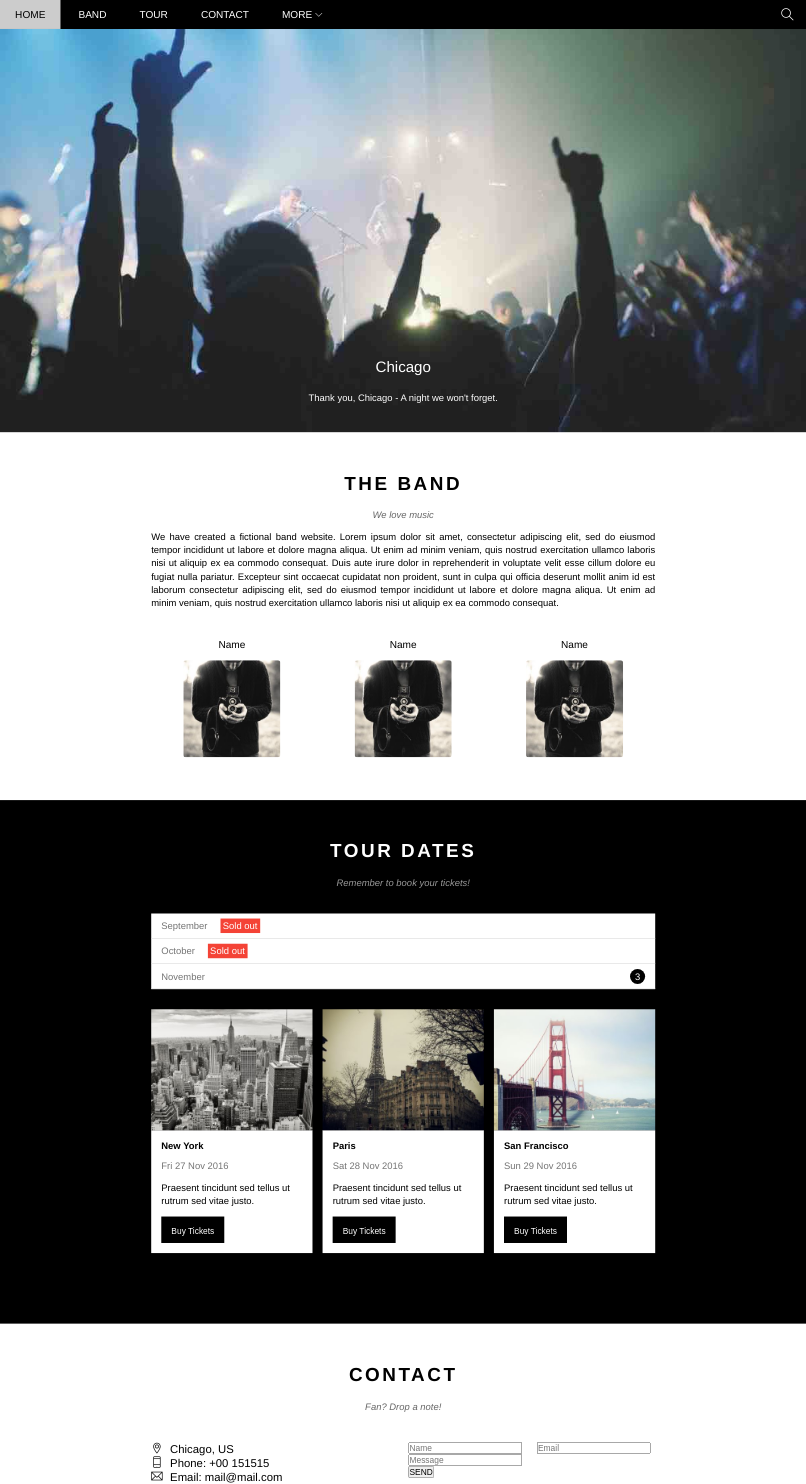
Repository: phongngotrong/w3school_reup
Page: index.html
These files come from the project's save history. The page is drawn as it stood at one moment and after the next save; the edit follows.
The browser window is 1280 px wide. The pictures show the whole page, at 63% of full size.

Above is the page before, as saved 2021-12-22 22:55:38.

### index.html
<!DOCTYPE html>
<html lang="en">
  <head>
    <meta charset="UTF-8" />
    <meta http-equiv="X-UA-Compatible" content="IE=edge" />
    <meta name="viewport" content="width=device-width, initial-scale=1.0" />
    <title>W3.CSS Template</title>
    <link rel="stylesheet" href="./assets/css/style.css" />
    <link rel="stylesheet" href="./assets/fonts/themify-icons/themify-icons.css">
  </head>
  <body>
    <div id="main">
      <div id="header">
        <!--Begin: Nav-->
        <ul id="nav">
          <li><a href="">Home</a></li>
          <li><a href="">Band</a></li>
          <li><a href="">Tour</a></li>
          <li><a href="">Contact</a></li>
          <li>
            <a href="">
              More
              <i class="nav-arrow-down ti-angle-down"></i>
            </a>
            <ul class="subnav">
              <ul>
                <li><a href="">Merchandise</a></li>
                <li><a href="">Extras</a></li>
                <li><a href="">Media</a></li>
              </ul>
            </ul>
          </li>
        </ul>
        <!--End: Nav-->

        <!--Begin: Search-->
        <div class="search-btn">
          <i class="search-icon ti-search"></i>
        </div>
        <!--End: Search-->
      </div>

      <div id="slider">
        <div class="text-content">
          <h2 class="text-heading">Chicago</h2>
          <div class="text-description">
            Thank you, Chicago - A night we won't forget.
          </div>
        </div>
      </div>

      <div id="content">
        <!--content section-->
        <div class="content-section">
          <h2 class="section-heading">THE BAND</h2>
          <p class="section-sub-heading">We love music</p>
          <p class="about-text">
            We have created a fictional band website. Lorem ipsum dolor sit
            amet, consectetur adipiscing elit, sed do eiusmod tempor incididunt
            ut labore et dolore magna aliqua. Ut enim ad minim veniam, quis
            nostrud exercitation ullamco laboris nisi ut aliquip ex ea commodo
            consequat. Duis aute irure dolor in reprehenderit in voluptate velit
            esse cillum dolore eu fugiat nulla pariatur. Excepteur sint occaecat
            cupidatat non proident, sunt in culpa qui officia deserunt mollit
            anim id est laborum consectetur adipiscing elit, sed do eiusmod
            tempor incididunt ut labore et dolore magna aliqua. Ut enim ad minim
            veniam, quis nostrud exercitation ullamco laboris nisi ut aliquip ex
            ea commodo consequat.
          </p>
          <div class="row list-member">
            <!--member1-->
            <div class="col col-third text-center">
              <p class="member-name">Name</p>
              <img
                src="./assets/img/member.jpg"
                alt="Name"
                class="avt-member"
              />
            </div>

            <!--member2-->
            <div class="col col-third text-center">
              <div class="member-name">Name</div>
              <img
                src="./assets/img/member.jpg"
                alt="Name"
                class="avt-member"
              />
            </div>
            <!--member3-->

            <div class="col col-third text-center">
              <div class="member-name">Name</div>
              <img
                src="./assets/img/member.jpg"
                alt="Name"
                class="avt-member"
              />
            </div>
            <div class="clear"></div>
          </div>
        </div>
        <!--tour section-->
        <div class="tour-section">
          <div class="content-section">
            <h2 class="section-heading text-white">TOUR DATES</h2>
            <p class="section-sub-heading text-white">
              Remember to book your tickets!
            </p>
            <!-- tickets -->
            <ul class="tickets-list">
              <li>September <span class="sold-out">Sold out</span></li>
              <li>October <span class="sold-out">Sold out</span></li>
              <li>November <span class="quantity">3</span></li>
            </ul>
            <div class="row places-list">
              <!-- place1 -->
              <div class="col col-third">
                <img
                  src="./assets/img/newyork.jpg"
                  alt="New York"
                  class="place-img"
                />
                <div class="places-body">
                  <h3 class="places-heading">New York</h3>
                  <p class="places-time">Fri 27 Nov 2016</p>
                  <p class="place-description">
                    Praesent tincidunt sed tellus ut rutrum sed vitae justo.
                  </p>
                  <button class="place-buy-btn js-buy-ticket">Buy Tickets</button>
                </div>
              </div>
              <!-- place2 -->

              <div class="col col-third">
                <img
                  src="./assets/img/paris.jpg"
                  alt="New York"
                  class="place-img"
                />
                <div class="places-body">
                  <h3 class="places-heading">Paris</h3>
                  <p class="places-time">Sat 28 Nov 2016</p>
                  <p class="place-description">
                    Praesent tincidunt sed tellus ut rutrum sed vitae justo.
                  </p>
                  <button class="place-buy-btn js-buy-ticket">Buy Tickets</button>
                </div>
              </div>
              <!-- place3 -->

              <div class="col col-third">
                <img
                  src="./assets/img/sanfran.jpg"
                  alt="New York"
                  class="place-img"
                />
                <div class="places-body">
                  <h3 class="places-heading">San Francisco</h3>
                  <p class="places-time">Sun 29 Nov 2016</p>
                  <p class="place-description">
                    Praesent tincidunt sed tellus ut rutrum sed vitae justo.
                  </p>
                  <button class="place-buy-btn js-buy-ticket">Buy Tickets</button>
                </div>
              </div>
              <div class="clear"></div>
            </div>
          </div>
        </div>

        <!--contact section-->
        <div class="content-section">
          <h2 class="section-heading">CONTACT</h2>
          <p class="section-sub-heading">Fan? Drop a note!</p>

          <div class="row contact-content">
            <div class="col col-half contact-info">
              <p><i class="ti-location-pin"></i>Chicago, US</p>
              <p><i class="ti-mobile"></i>Phone: +00 151515</p>
              <p><i class="ti-email"></i>Email: mail@mail.com</p>
            </div>
            <div class="col col-half">
              <form action="">
                <div class="row">
                  <div class="col col-half">
                      <input type="text" name="" placeholder="Name" id="" class="form-control">
                  </div>
                  <div class="col col-half">
                    <input type="email" name="" placeholder="Email" id="" class="form-control">
                </div>
                </div>
                <div class="row">
                  <div class="col col-full">
                    <input type="text" name="" placeholder="Message" id="" class="form-control">
                </div>
                </div>
                <input type="submit" value="SEND">
              </form>
            </div>
          </div>
        </div>
      </div>

      <div id="footer"></div>
    </div>

    <div class="modal js-modal">
      <div class="modal-container js-modal-container">
        <div class="modal-close js-modal-close">
          <i class="ti-close"></i>
        </div>
        <header class="modal-header">
          <i class="icon-ti-bag-header ti-bag"></i>
          Tickets
        </header>

        <div class="modal-body">
          <label for="tickets-quantity" class="modal-label">
            <i class="ti-shopping-cart"></i>
            Tickets, $15 per person
          </label>
          <input
            id="tickets-quantity"
            type="text"
            class="modal-input"
            placeholder="How many?"
          />

          <label for="tickets-email" class="modal-label">
            <i class="ti-user"></i>
            Send To
          </label>
          <input
            id="tickets-email"
            type="email"
            class="modal-input"
            placeholder="Enter email "
          />

          <button id="buy-tickets">
            PAY<i class="icon-ti-check-footer ti-check"></i>
          </button>
        </div>

        <footer class="modal-footer">
          <p class="modal-help">Need <a href="">help?</a></p>
        </footer>
      </div>
    </div>

    <script>
      const buyBtns = document.querySelectorAll('.js-buy-ticket')
      const modal = document.querySelector('.js-modal')
      const modalContainer = document.querySelector('.js-modal-container')
      const modalClose = document.querySelector('.js-modal-close')

      // hàm hiển thị modal mua vé(thêm class open vào modal)
      function showBuyTickets() {
        modal.classList.add('open')
      }

      // hàm ẩn modal mua vé(gỡ bỏ class open của modal)
      function hideBuyTickets() {
        modal.classList.remove('open')
      }

      // lặp qua từng thẻ button và nghe hành vi click
      for(const buyBtn of buyBtns) {
        buyBtn.addEventListener('click', showBuyTickets)
      }

      // nghe hành vi click vào button close
      modalClose.addEventListener('click', hideBuyTickets)

      modal.addEventListener('click', hideBuyTickets)

      modalContainer.addEventListener('click', function(event){
        event.stopPropagation()
      })

    </script>
  </body>
</html>

### assets/css/style.css
/* Reset CSS */

* {
  padding: 0;
  margin: 0;
  box-sizing: border-box;
}

html {
  font-family: Helvetica, Arial, sans-serif;
}
/*
  -Từ trên xuống dưới
  -Từ ngoài vào trong
  -Tổng quan đến chi tiết
  */

/*
  1. Vi tri
  2. Kich thuoc
  3. Mau sac
  4. Kieu dang (kieu chu, hinh tron, vuong...)
  */

/* Common */
.text-center {
  text-align: center !important;
}

.row {
  margin-left: -8px;
  margin-right: -8px;
}

.col {
  float: left;
  padding-left: 8px;
  padding-right: 8px;
}

.col-full {
  width: 100%;
}

.col-half {
  width: 50%;
}

.col-third {
  width: 33.33333%;
}

.clear {
  clear: both;
}

/* .row::after {
    clear: both;
    display: block;
    content: "";
  } */

.text-white {
  color: #fff !important;
}

/* Main */
#main {
}

#header {
  position: fixed;
  top: 0;
  left: 0;
  right: 0;
  height: 46px;
  background-color: #000;
  z-index: 1;
}

#nav {
  display: inline-block;
}

li {
  list-style-type: none;
}

#nav > li {
  display: inline-block;
}

#nav li {
  position: relative;
}

#nav > li > a {
  color: #fff;
  text-transform: uppercase;
}

#nav li a {
  text-decoration: none;
  line-height: 46px;
  padding: 0 24px;
  display: block;
}

#nav li:hover .subnav {
  display: block;
}

#nav > li:hover > a,
#nav .subnav li:hover a {
  color: #000;
  background-color: #ccc;
}

#nav .subnav {
  display: none;
  min-width: 160px;
  position: absolute;
  background-color: #fff;
  box-shadow: 0 0 10px rgba(0, 0, 0, 0.3);
}

#nav .subnav a {
  color: #000;
  padding: 0 12px;
  line-height: 38px;
}

#nav .nav-arrow-down {
  font-size: 12px;
}

#header .search-btn {
  float: right;
  padding: 0 20px;
  cursor: pointer;
}

#header .search-btn:hover {
  background-color: #f44336;
}

#header .search-icon {
  color: #fff;
  font-size: 20px;
  line-height: 46px;
}

#slider {
  position: relative;
  margin-top: 46px;
  padding-top: 50%;
  background: url("/assets/img/slider.jpg") top center / cover no-repeat;
}

#slider .text-content {
  position: absolute;
  bottom: 47px;
  color: #fff;
  width: 100%;
  text-align: center;
}

#slider .text-heading {
  font-weight: 500;
  font-size: 24px;
}

#slider .text-description {
  font-size: 15px;
  margin-top: 25px;
}

#content {
}

#content .content-section {
  width: 800px;
  padding: 64px 0;
  margin-right: auto;
  margin-left: auto;
}

#content .section-heading {
  text-align: center;
  font-size: 30px;
  letter-spacing: 4px;
}

#content .section-sub-heading {
  font-size: 15px;
  text-align: center;
  margin-top: 25px;
  font-style: italic;
  opacity: 0.6;
}

#content .about-text {
  font-size: 15px;
  margin-top: 15px;
  text-align: justify;
  line-height: 1.4;
}

#content .member-name {
  font-size: 16px;
}

#content .list-member {
  margin-top: 48px;
  /* margin-bottom: 48px;
    overflow: hidden;  */
}

/* #content .item-member {
    float: left;
    width: 33.33333%;
    text-align: center;
  } */

#content .avt-member {
  margin-top: 15px;
  width: 154px;
  border-radius: 4px;
}

/* tour section */
.tour-section {
  background-color: #000;
}
.tickets-list {
  background-color: #fff;
  margin-top: 40px;
  list-style: none;
}

.tickets-list li {
  color: #757575;
  font-size: 15px;
  padding: 11px 16px;
  border-bottom: 1px solid #ddd;
}

.tickets-list .sold-out {
  background-color: #f44336;
  color: #fff;
  padding: 3px 4px;
  margin-left: 16px;
}

.tickets-list .quantity {
  float: right;
  width: 24px;
  height: 24px;
  background-color: #000;
  color: #fff;
  border-radius: 50%;
  line-height: 24px;
  text-align: center;
  margin-top: -3px;
}

/* Places */
.places-list {
  margin-top: 32px;
  margin-bottom: 48px;
}

/* .places-item {
    float: left;
    width: 33.33333%;
    padding: 0 8px;
  } */

.place-img {
  width: 100%;
  display: block;
}

.place-img:hover {
  opacity: 0.6;
}

.places-body {
  padding: 16px;
  font-size: 15px;
  background-color: #fff;
}

.places-heading {
  font-size: 15px;
}

.places-time {
  padding-top: 15px;
  color: #757575;
}

.place-description {
  padding-top: 15px;
  line-height: 1.4;
}

.place-buy-btn {
  background-color: #000;
  color: #fff;
  text-decoration: none;
  display: inline-block;
  padding: 11px 16px;
  margin-top: 15px;
  padding-top: 16px;
  cursor: pointer;
  border: none;
}

.place-buy-btn:hover {
  background-color: #ccc;
  color: #000;
}

.modal {
  position: fixed;
  top: 0;
  bottom: 0;
  right: 0;
  left: 0;
  background-color: rgba(0, 0, 0, 0.4);
  display: none;
  align-items: center;
  justify-content: center;
}

.modal.open {
  display: flex;
}

.modal-container {
  background-color: #fff;
  width: 900px;
  min-height: 200px;
  position: relative;
  max-width: calc(100% -32px);
  animation: modalFadeIn ease 0.4s;
}

.modal-header {
  background-color: #009688;
  color: #fff;
  height: 130px;
  font-size: 30px;
  display: flex;
  align-items: center;
  justify-content: center;
  letter-spacing: 4px;
}

.modal-close:hover {
  background-color: #ccc;
  color: #000;
}

.modal-close {
  position: absolute;
  right: 0;
  top: 0;
  padding: 16px;
  font-size: 12px;
  color: #fff;
  cursor: pointer;
}

.icon-ti-bag-header {
  margin-right: 16px;
}

.modal-body {
  padding: 16px;
}

.modal-label {
  display: block;
  font-size: 15px;
  margin-bottom: 12px;
}

.modal-input {
  border: 1px solid #ccc;
  width: 100%;
  padding: 10px;
  font-size: 15px;
  margin-bottom: 24px;
}

#buy-tickets:hover {
  background-color: #ccc;
  color: #000;
}

#buy-tickets {
  background-color: #009688;
  width: 100%;
  padding: 18px;
  color: #fff;
  border: none;
  text-transform: uppercase;
  font-size: 15px;
  cursor: pointer;
}

.modal-footer {
  padding: 16px;
  text-align: right;
}

.modal-footer a {
  color: #2196f3;
}

/* Contact */
.contact-content {
  margin-top: 48px;
}

.contact-info {
  font-size: 18px;
}

.contact-info i[class*="ti-"] {
  width: 30px;
  display: inline-block;
}

/* footer section */

#footer {
}

/* Tạo hoạt ảnh  */
@keyframes modalFadeIn {
  from {
    opacity: 0;
    transform: translateY(-140px);
  }
  to {
    opacity: 1;
    transform: translateY(0);
  }
}

Loaded but not shown: assets/fonts/themify-icons/themify-icons.css (common file)

After the next save:
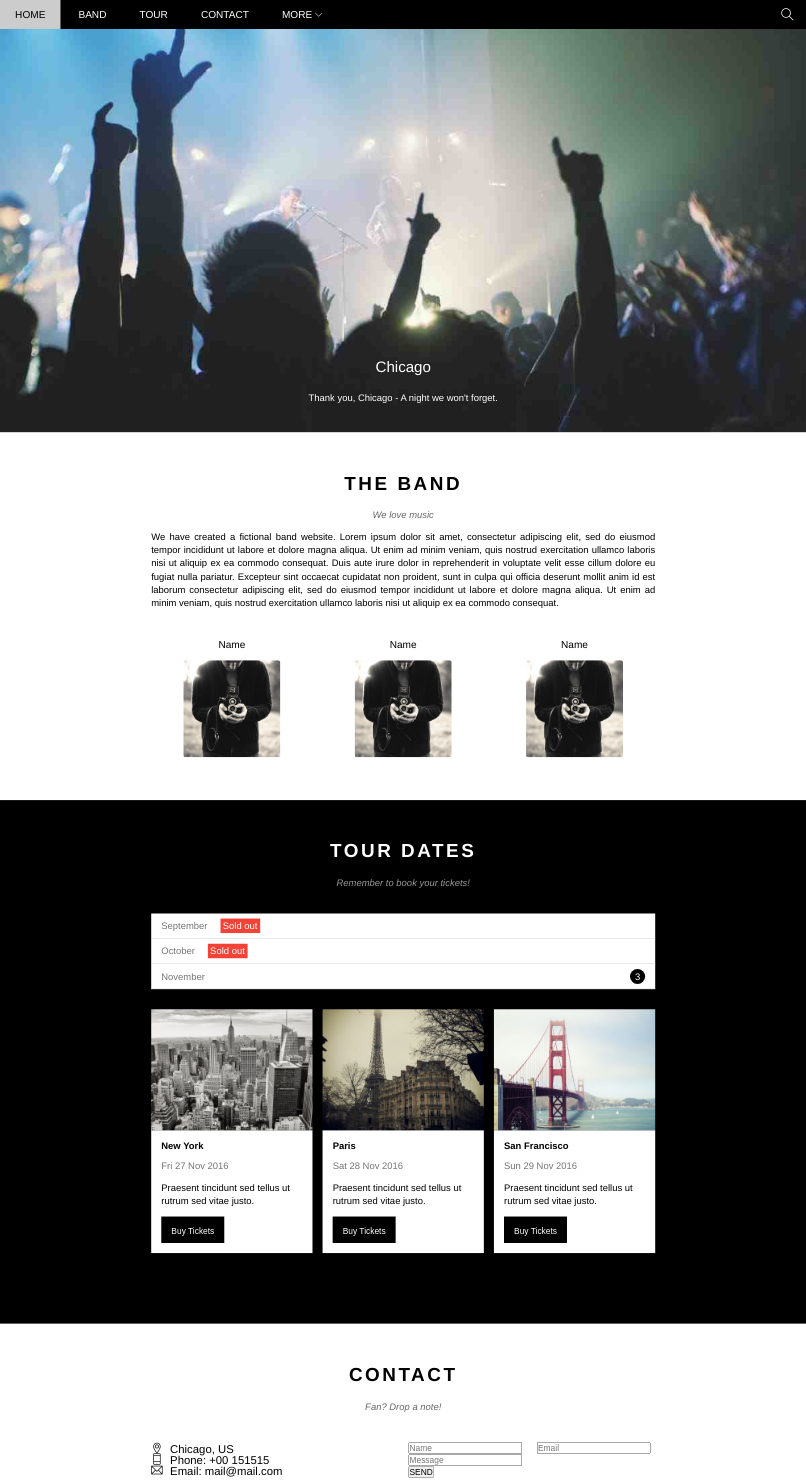
Saved 98 s later.
--- a/assets/css/style.css
+++ b/assets/css/style.css
@@ -427,6 +427,7 @@
 
 .contact-info {
   font-size: 18px;
+  line-height: 1.4px;
 }
 
 .contact-info i[class*="ti-"] {
